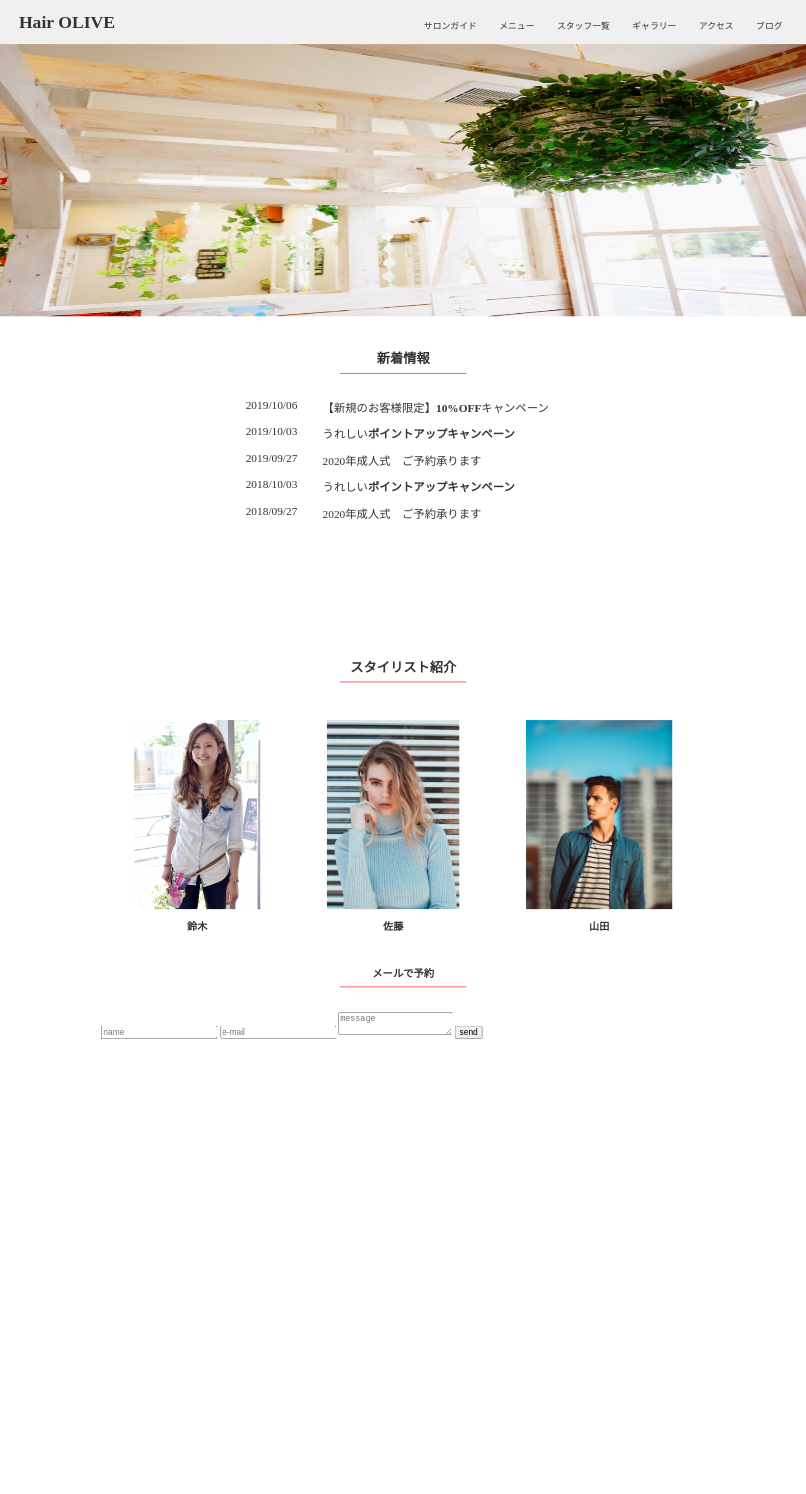
Repository: m-mao/firsa_app
Page: html_css/hair_olive/index.html
The author's editor kept a record of every edit. The page is drawn from the files as they stood at one moment, then again after the next edit.
The browser window is 1280 px wide. The pictures show the whole page, at 63% of full size.

Above is the page before.

### html_css/hair_olive/index.html
<!DOCTYPE HTML>
<html>
  <head>
    <meta charset="UTF-8">
    <link rel="stylesheet" href="style.css">
    <title>Hair OLIVE</title>
  </head>
  <body>
  <header>
      <div class="heading">
        <h1 class="title">Hair OLIVE</h1>
      </div>
      <div class="navbar">
        <ul class="nav-lists">
          <li>サロンガイド</li>
          <li>メニュー</li>
          <li>スタッフ一覧</li>
          <li>ギャラリー</li>
          <li>アクセス</li>
          <li>ブログ</li>
        </ul>
      </div>
  </header>

  <div class="contents">
      <div class="first-view">
        <img src="images/hero.jpg" alt="トップ画面" class="top-image"></img>
      </div>
      <div class="upper-content">
        <h2 class="heading-name">新着情報</h2>
        <ul class="messages">
          <li class="message">
            <div class="message-date">2019/10/06</div>
            <div>【新規のお客様限定】<b>10%OFF</b>キャンペーン</div>
          </li>
          <li class="message">
            <div class="message-date">2019/10/03</div>
            <div>うれしい<b>ポイントアップキャンペーン</b></div>
          </li>
          <li class="message">
            <div class="message-date">2019/09/27</div>
            <div>2020年成人式　ご予約承ります</div>
          </li>
          <li class="message">
            <div class="message-date">2018/10/03</div>
            <div>うれしい<b>ポイントアップキャンペーン</b></div>
          </li>
          <li class="message">
            <div class="message-date">2018/09/27</div>
            <div>2020年成人式　ご予約承ります</div>
          </li>
        </ul>
      </div>
      <div class="middle-content">
        <h2 class="heading-name">スタイリスト紹介</h2>
        <ul class="stylist-list">
          <li>
            <img src="images/staff1.jpg" alt="staff1" class=stylist-image>
            <h4 class="stylist-name">鈴木</h4>
          </li>
          <li>
            <img src="images/staff2.jpg" alt="staff2" class=stylist-image>
            <h4 class="stylist-name">佐藤</h4>
          </li>
          <li>
            <img src="images/staff3.jpg" alt="staff3" class=stylist-image>
            <h4 class="stylist-name">山田</h4>
          </li>
        </ul>
      </div>
      <div class="bottom-content">
        <h3 class="heading-name">メールで予約</h3>
          <form>
            <input type="text" placeholder="name" class="small-field">
            <input type="text" placeholder="e-mail" class="small-field">
            <textarea placeholder="message" class="large-field"></textarea>
            <input type="submit" value="send" class="send"/>
          </form>
        <!-- 『フォーム』を表示する -->
      </div>
    </div>
    <footer>

    </footer>
  </body>
</html>

### html_css/hair_olive/style.css
/* リセットCSS */
body {
  font-size: 14px;
  color: #333;
  margin: 0 auto;
}
h1,h2,h3,h4,h5,h6,p {
  padding: 10px 0;
  margin: 0;
}

ul,li {
  padding: 0;
  margin: 0;
}

/* ヘッダー */
header {
    height: 50px;
    background-color: #f0f0f0;
    padding: 10px 0;
    display: flex;
}

.heading {
    width: 50%;
    margin-left: 30px;
}

.navbar {
    width: 50%;
    padding: 20px;
}

.nav-lists {
    display: flex;
    justify-content: space-around;
}

li {
    list-style: none;
}

/* first-viewクラスからbottom-contentクラスまでの要素の親要素*/
.contents {
    background-color: white;
}

.first-view {
    height: 60vh;
    background-color: pink;
}

.top-image {
    height: 100%;
    width: 100%;
}

/* 新着情報 */
.upper-content {
    height:450px;
    margin: 0 160px;
}

.heading-name {
    text-align: center;
    border-bottom: 1px solid red;
    width: 200px;
    margin: 40px auto;
}

.messages {
    width: 50vw;
    margin: 0 auto;
}

.message {
    display: flex;
    font-size: 18px;
    margin: 0 0 16px 70px;
}

.message-date {
    padding-right: 40px;
}

/* スタイリスト紹介 */
.middle-content {
    height:450px;
    margin: 0 160px;
}

.stylist-list {
    display: flex;
    justify-content: space-around;
    margin: 60px 0;
}

.stylist-image {
    height: 300px;
}

.stylist-name {
    font-size: 16px;
    text-align: center;
}

/* フォーム */
.bottom-content {
    height:800px;
    margin: 0 160px;
}

.name-form {
  margin-bottom: 10px;
}

.message-form {
  height: 150px;
  margin-bottom: 30px;
}

.name-form,
.email-form
.message-form {
  width: 500px;
  padding: 15px;
  border: 1px solid white;
  display: block;
}

/* フッター */
footer {
    height:50px;
    background-color: white;
}

After the next edit:
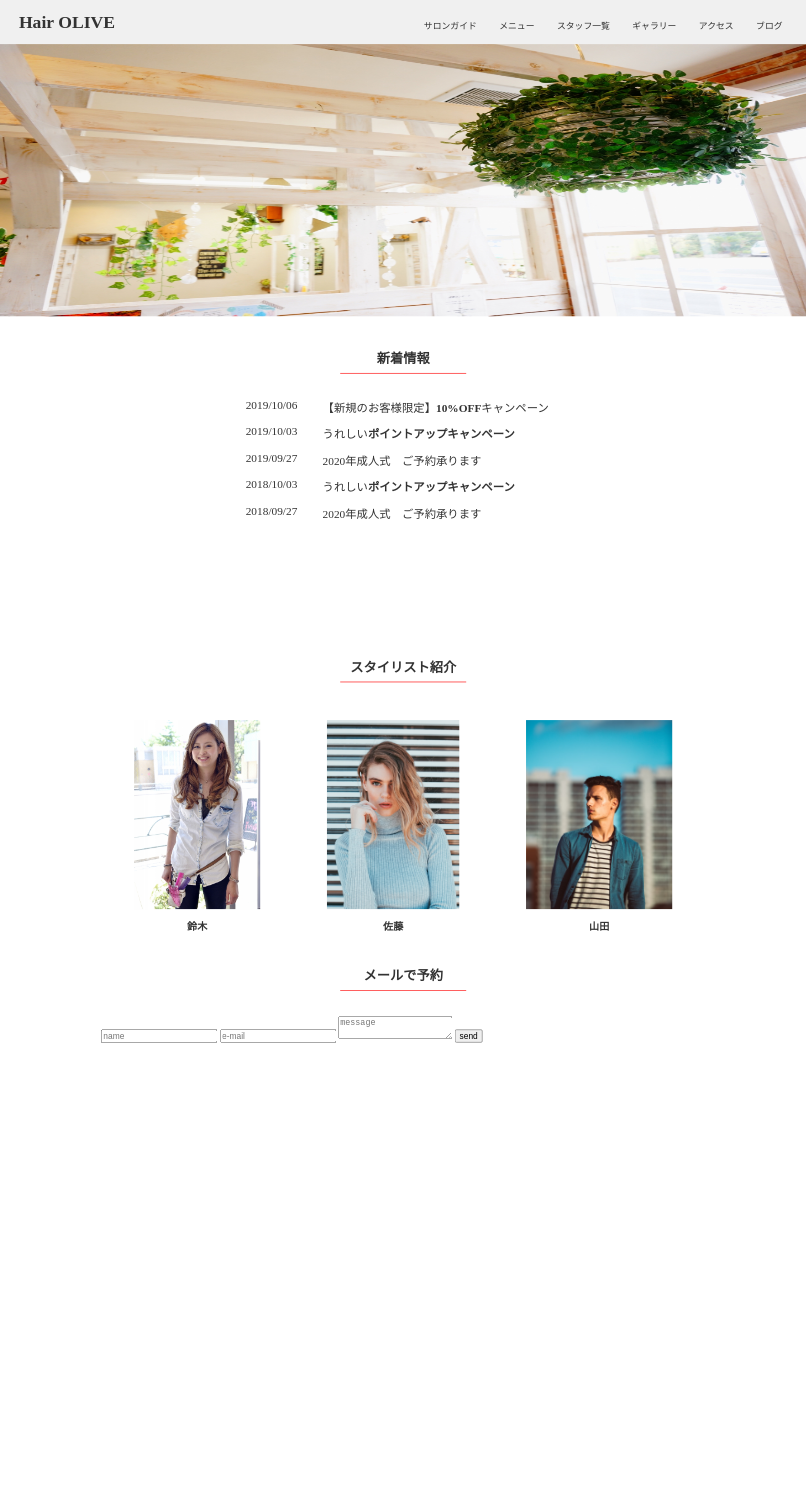
The edit:
--- a/html_css/hair_olive/index.html
+++ b/html_css/hair_olive/index.html
@@ -69,8 +69,8 @@
         </ul>
       </div>
       <div class="bottom-content">
-        <h3 class="heading-name">メールで予約</h3>
-          <form>
+        <form class="contact-form">
+          <h2 class="heading-name">メールで予約</h2>
             <input type="text" placeholder="name" class="small-field">
             <input type="text" placeholder="e-mail" class="small-field">
             <textarea placeholder="message" class="large-field"></textarea>
